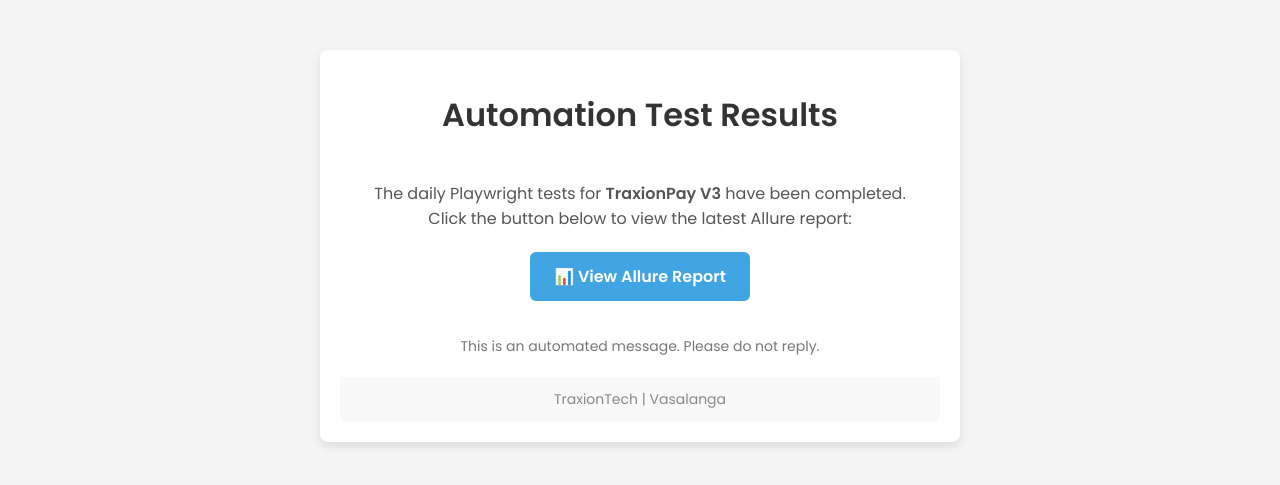
Repository: jmendozaqa24/TraxionPay-V3
Page: template.html
An editor plug-in stored every save of this project. The page is shown before and after the next save, followed by the edit.
The browser window is 1280 px wide. The pictures show the whole page.

Above is the page before, as saved 2025-02-18 09:45:21.

After the next save:
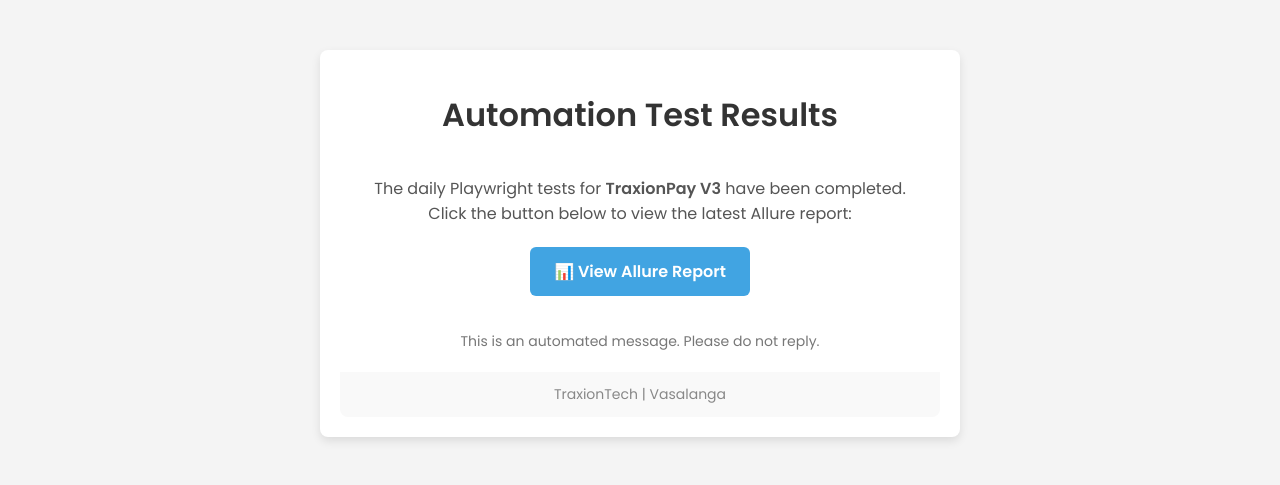
Saved 7 s later.
--- a/template.html
+++ b/template.html
@@ -10,7 +10,7 @@
     <div style="max-width: 600px; margin: 20px auto; background-color: #ffffff; padding: 20px; border-radius: 8px; box-shadow: 0 4px 10px rgba(0, 0, 0, 0.1);">
 
       <div style="text-align: center; display: flex; align-items: center; justify-content: center;">
-          <h1 style="color: #333333;  padding-bottom: 5px; display: flex; align-items: center; justify-content: center;">  Automation Test Results
+          <h1 style="color: #333333;  padding-bottom: 5px 0; display: flex; align-items: center; justify-content: center;">  Automation Test Results
           </h1>
       </div>
 
